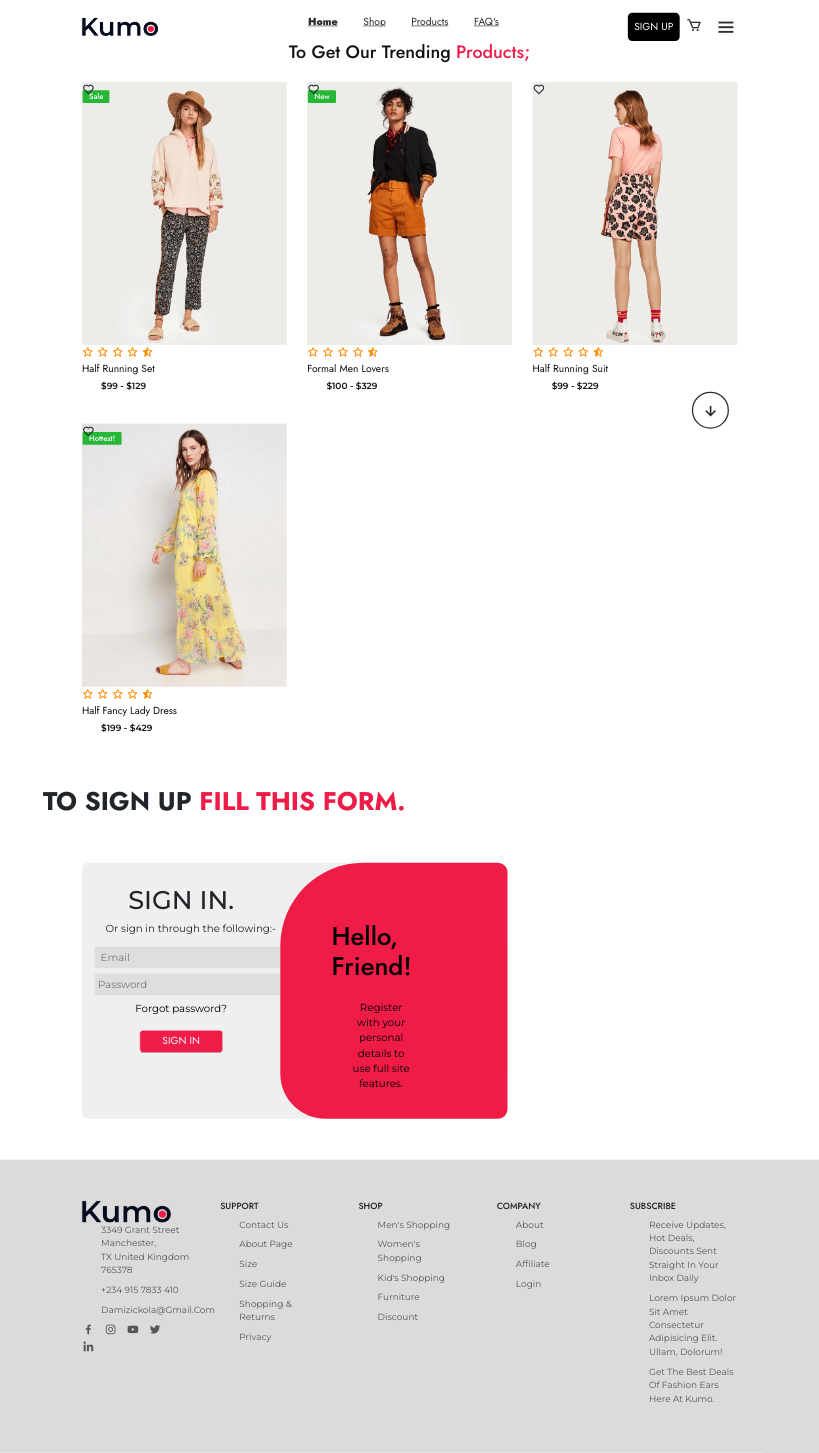
Repository: isaacCodes1/Kumo-Website.
Page: form.html
These files come from the project's save history. The page is drawn as it stood at one moment and after a run of saves; the edit follows.
The browser window is 1280 px wide. The pictures show the whole page, at 64% of full size.

Above is the page before, as saved 2024-03-26 11:41:48.

### form.html
<!DOCTYPE html>
<html lang="en">
  <head>
    <meta charset="UTF-8" />
    <meta name="viewport" content="width=device-width, initial-scale=1.0" />
    <link rel="stylesheet" href="style.css" />
    <link rel="stylesheet" href="Mediaquery.css" />
    <link rel="preconnect" href="https://fonts.googleapis.com" />
    <link rel="preconnect" href="https://fonts.gstatic.com" crossorigin />
    <link
      href="https://fonts.googleapis.com/css2?family=Bricolage+Grotesque:opsz,wght@12..96,200..800&family=Jost:ital,wght@0,100..900;1,100..900&family=Montserrat:ital,wght@0,100..900;1,100..900&family=Poppins:ital,wght@0,100;0,200;0,300;0,400;0,500;0,600;0,700;0,800;0,900;1,100;1,200;1,300;1,400;1,500;1,600;1,700;1,800;1,900&display=swap"
      rel="stylesheet"
    />
    <link
      rel="stylesheet"
      href="https://cdnjs.cloudflare.com/ajax/libs/font-awesome/6.5.1/css/all.min.css"
      integrity="sha512-DTOQO9RWCH3ppGqcWaEA1BIZOC6xxalwEsw9c2QQeAIftl+Vegovlnee1c9QX4TctnWMn13TZye+giMm8e2LwA=="
      crossorigin="anonymous"
      referrerpolicy="no-referrer"
    />
    <link
      rel="stylesheet"
      href="https://unpkg.com/boxicons@latest/css/boxicons.min.css"
    />
    <link
      href="https://cdn.jsdelivr.net/npm/bootstrap@5.2.3/dist/css/bootstrap.min.css"
      rel="stylesheet"
      integrity="sha384-rbsA2VBKQhggwzxH7pPCaAqO46MgnOM80zW1RWuH61DGLwZJEdK2Kadq2F9CUG65"
      crossorigin="anonymous"
    />
    <script
      src="https://cdn.jsdelivr.net/npm/bootstrap@5.2.3/dist/js/bootstrap.bundle.min.js"
      integrity="sha384-kenU1KFdBIe4zVF0s0G1M5b4hcpxyD9F7jL+jjXkk+Q2h455rYXK/7HAuoJl+0I4"
      crossorigin="anonymous"
    ></script>
    <title>Document</title>
  </head>
  <body>
    <header>
      <a href="index.html" class="logo"><img src="Assets/logo.png" alt="" /></a>
      <ul class="navmenu">
        <li><a style="font-weight: 900" href="index.html">Home</a></li>
        <li><a href="shop.html">Shop</a></li>
        <li><a href="products.html">Products</a></li>
        <li><a href="Questions.html">FAQ's</a></li>
      </ul>
      <div class="nav-icon">
        <a href="form.html" class="yes">SIGN UP</a>
        <a href="#"><i class="bx bx-cart"></i></a>
        <div class="bx bx-menu" id="menu-icon"></div>
      </div>
    </header>
    <!-- <trending-products-section-->
    <section class="trending-product" id="trending">
      <div class="center-text">
        <h2>To Get Our Trending <span>Products;</span></h2>
      </div>
      <div class="products">
        <div class="row">
          <img src="/Assets/1.jpg" alt="" />
          <div class="product-text">
            <h5>Sale</h5>
          </div>
          <div class="heart-icon">
            <i class="bx bx-heart"></i>
          </div>
          <div class="ratting">
            <i class="bx bx-star"></i>
            <i class="bx bx-star"></i>
            <i class="bx bx-star"></i>
            <i class="bx bx-star"></i>
            <i class="bx bxs-star-half"></i>
          </div>
          <div class="price">
            <h4>Half Running Set</h4>
            <p>$99 - $129</p>
          </div>
        </div>

        <div class="row">
          <img src="/Assets/2.jpg" alt="" />
          <div class="product-text">
            <h5>New</h5>
          </div>
          <div class="heart-icon">
            <i class="bx bx-heart"></i>
          </div>
          <div class="ratting">
            <i class="bx bx-star"></i>
            <i class="bx bx-star"></i>
            <i class="bx bx-star"></i>
            <i class="bx bx-star"></i>
            <i class="bx bxs-star-half"></i>
          </div>
          <div class="price">
            <h4>Formal Men Lovers</h4>
            <p>$100 - $329</p>
          </div>
        </div>
        <div class="row">
          <img src="/Assets/3.jpg" alt="" />
          <div class="heart-icon">
            <i class="bx bx-heart"></i>
          </div>
          <div class="ratting">
            <i class="bx bx-star"></i>
            <i class="bx bx-star"></i>
            <i class="bx bx-star"></i>
            <i class="bx bx-star"></i>
            <i class="bx bxs-star-half"></i>
          </div>
          <div class="price">
            <h4>Half Running Suit</h4>
            <p>$99 - $229</p>
          </div>
        </div>
        <div class="row">
          <img src="/Assets/4.jpg" alt="" />
          <div class="product-text">
            <h5>Hottest!</h5>
          </div>
          <div class="heart-icon">
            <i class="bx bx-heart"></i>
          </div>
          <div class="ratting">
            <i class="bx bx-star"></i>
            <i class="bx bx-star"></i>
            <i class="bx bx-star"></i>
            <i class="bx bx-star"></i>
            <i class="bx bxs-star-half"></i>
          </div>
          <div class="price">
            <h4>Half Fancy Lady Dress</h4>
            <p>$199 - $429</p>
          </div>
        </div>
      </div>
      <div class="down-arrow">
        <a href="#contact-info" class="down"
          ><i class="bx bx-down-arrow-alt"></i
        ></a>
      </div>
    </section>
    <h1 class="final">TO SIGN UP <span> FILL THIS FORM.</span></h1>
    <section class="section1">
      <div class="formContainer">
        <form class="form">
          <h1 class="pro3">SIGN IN.</h1>
          <p>Or sign in through the following:-</p>
          <div>
            <input class="proi" type="email" placeholder=" Email" />
          </div>
          <div>
            <input class="proh" type="password" placeholder="Password" />
          </div>
          <a class="forget" href="#">Forgot password?</a>
          <button class="sign">SIGN IN</button>
        </form>
        <div class="contentText">
          <h1 class="hello">Hello, Friend!</h1>
          <p>Register with your personal details to use full site features.</p>
          <a href="Form2.html" class="pro2">SIGN UP</a>
        </div>
      </div>
    </section>

    <!-- contact-section -->

    <section class="contact">
      <div class="contact-info" id="contact-info">
        <div class="first-info">
          <img src="/Assets/logo.png" alt="" />
          <p>3349 Grant street Manchester, <br />TX United kingdom 765378</p>
          <p>+234 915 7833 410</p>
          <a href="https://mail.google.com/mail/u/0/#inbox"
            ><p>damizickola@gmail.com</p></a
          >

          <div class="social-icon">
            <a href="https://www.facebook.com/profile.php?id=61551880766580"
              ><i class="bx bxl-facebook"></i
            ></a>
            <a href="https://instagram.com"><i class="bx bxl-instagram"></i></a>
            <a href="https://www.youtube.com/watch?v=FaNTVjATYHQ"
              ><i class="bx bxl-youtube"></i
            ></a>
            <a href="#"><i class="bx bxl-twitter"></i></a>
            <a href="#"><i class="bx bxl-linkedin"></i></a>
          </div>
        </div>
        <div class="second-info">
          <h4>Support</h4>
          <p>Contact Us</p>
          <p>About Page</p>
          <p>Size</p>
          <p>Size Guide</p>
          <p>Shopping & Returns</p>
          <p>Privacy</p>
        </div>

        <div class="third-info">
          <h4>Shop</h4>
          <p>Men's Shopping</p>
          <p>Women's Shopping</p>
          <p>Kid's Shopping</p>
          <p>Furniture</p>
          <p>Discount</p>
        </div>
        <div class="fourth-info">
          <h4>Company</h4>
          <p>About</p>
          <p>Blog</p>
          <p>Affiliate</p>
          <p>Login</p>
        </div>

        <div class="five">
          <h4>Subscribe</h4>
          <p>
            Receive Updates, Hot Deals, Discounts Sent Straight In your Inbox
            Daily
          </p>
          <p>
            Lorem ipsum dolor sit amet consectetur adipisicing elit. Ullam,
            dolorum!
          </p>
          <p>Get The Best Deals Of Fashion ears Here At Kumo.</p>
        </div>
      </div>
    </section>
  </body>
  <script
    src="https://cdn.jsdelivr.net/npm/@popperjs/core@2.11.6/dist/umd/popper.min.js"
    integrity="sha384-oBqDVmMz9ATKxIep9tiCxS/Z9fNfEXiDAYTujMAeBAsjFuCZSmKbSSUnQlmh/jp3"
    crossorigin="anonymous"
  ></script>
  <script
    src="https://cdn.jsdelivr.net/npm/bootstrap@5.2.3/dist/js/bootstrap.min.js"
    integrity="sha384-cuYeSxntonz0PPNlHhBs68uyIAVpIIOZZ5JqeqvYYIcEL727kskC66kF92t6Xl2V"
    crossorigin="anonymous"
  ></script>
  <script src="java.js"></script>
</html>

### style.css
* {
  margin: 0;
  padding: 0;
  box-sizing: border-box;
  scroll-behavior: smooth;
  font-family: "Jost", sans-serif;
  list-style-type: none;
  text-decoration: none;
}
header {
  position: fixed;
  width: 100%;
  top: 0;
  right: 0;
  z-index: 1000;
  display: flex;
  align-items: center;
  justify-content: space-between;
  padding: 20px 10%;
}
.logo img {
  max-width: 120px;
  height: auto;
}
.navmenu {
  display: flex;
}
.navmenu li :hover {
  background: #000;
}
.navmenu a {
  color: #2c2c2c;
  font-size: 16px;
  text-transform: capitalize;
  padding: 10px 20px;
  font-weight: 400;
  transition: all 0.42s ease;
}
.navmenu a:hover {
  color: #ee1c47;
}
.nav-icon {
  display: flex;
  align-items: center;
}
.nav-icon i {
  margin-right: 20px;
  color: #2c2c2c;
  font-size: 25px;
  font-weight: 400;
  transition: all 0.42s ease;
}
.nav-icon i:hover {
  transform: scale(1.05);
  color: #ee1c47;
}
#menu-icon {
  font-size: 35px;
  color: #2c2c2c;
  z-index: 10001;
  cursor: pointer;
}
section {
  padding: 5% 10%;
}
.main-home {
  width: 100%;
  height: 100vh;
  background-image: url(Assets/banner-3.png);
  background-position: center;
  background-size: cover;
  display: grid;
  grid-template-columns: repeat(1, 1fr);
  align-items: center;
}
.main-text h5 {
  color: #ee1c47;
  font-size: 16px;

  text-transform: capitalize;
  font-weight: 500;
}
.main-text h1 {
  color: #000;
  font-size: 65px;
  text-transform: capitalize;
  line-height: 1.1;
  font-weight: 600;
  margin: 6px 0 10px;
}
.main-text p {
  color: #333c56;
  font-size: 20px;
  font-style: italic;
  margin-bottom: 20px;
}
.main-btn {
  display: inline-block;
  color: #111;
  font-size: 16px;
  font-weight: 500;
  text-transform: capitalize;
  border: 2px solid#111;
  padding: 12px 25px;
  transition: all 0.42s ease;
}
.main-btn:hover {
  background: #000;
  color: #fff;
}
.main-btn i {
  vertical-align: middle;
}
.down-arrow {
  position: absolute;
  top: 85%;
  right: 11%;
}
.down i {
  font-size: 30px;
  color: #2c2c2c;
  border: 2px solid #2c2c2c;
  border-radius: 50px;
  padding: 12px 12px;
}
.down i:hover {
  background: #2c2c2c;
  color: #fff;
  transition: all 0.42s ease;
}
header.sticky {
  background: #fff;
  padding: 20px 10%;
  box-shadow: 0px 0px 10px rgb(0 0 0 /10%);
}
/* trending-section-css */
.center-text h2 {
  color: #111;
  font-size: 28px;
  text-transform: capitalize;
  text-align: center;
  margin-bottom: 30px;
}
.center-text span {
  color: #ee1c47;
}
.products {
  display: grid;
  grid-template-columns: repeat(auto-fit, minmax(260px, auto));
  gap: 2rem;
}
.row {
  position: relative;
  transition: all 0.4s;
}
.row img {
  width: 100%;
  height: auto;
  transition: all 0.4s;
}
.row img:hover {
  transform: scale(0.9);
}
.product-text h5 {
  position: absolute;
  top: 13px;
  left: 13px;
  color: #fff;
  font-size: 12px;
  font-weight: 500;
  text-transform: capitalize;
  background: #27b737;
  padding: 3px 10px;
  border-radius: 2px;
}
.heart-icon {
  position: absolute;
  right: 0;
  font-size: 20px;
}
.heart-icon:hover {
  color: #ee1c47;
}
.ratting {
  color: #ff8c00;
  font-size: 18px;
}

.price h4 {
  color: #111;
  font-size: 16px;
  text-transform: capitalize;
  font-weight: 400;
}
.price p {
  color: #151515;
  font-size: 14px;
  font-weight: 600;
}
.client-reviews {
  background: #f3f4f6;
}
.reviews {
  text-align: center;
}
.reviews h3 {
  color: #111;
  font-size: 25px;
  text-transform: capitalize;
  text-align: center;
  font-weight: 700;
}
.reviews img {
  width: 100px;
  height: auto;
  border-radius: 80px;
  margin: 10px 0;
}
.reviews p {
  color: #707070;
  font-size: 16px;
  font-weight: 400;
  line-height: 25px;
  margin-bottom: 10px;
}
.reviews h2 {
  font-size: 22px;
  color: #000;
  font-weight: 400;
  text-transform: capitalize;
  margin-bottom: 2px;
}
/* update-section-css */
.up-center-text h2 {
  text-align: center;
  color: #111;
  font-size: 25px;
  text-transform: capitalize;
  font-weight: 700;
  margin-bottom: 30px;
}
.cart img {
  width: 350px;
  height: auto;
  border-radius: 5px;
}
.update-cart {
  display: grid;
  grid-template-columns: repeat(auto-fit, minmax(380px, auto));
  gap: 1px;
}
.cart h5 {
  color: #636872;
  font-size: 14px;
  text-transform: capitalize;
  font-weight: 500;
}
.cart h4 {
  color: #111;
  font-size: 18px;
  font-weight: 600;
}
.cart p {
  color: #707070;
  font-size: 15px;
  max-width: 380px;
  line-height: 25px;
  margin-bottom: 12px;
}
.cart h6 {
  color: #151515;
  font-size: 14px;
  font-weight: 500;
}
/* contact-section */
.contact {
  background: #dbdbdb;
}
.contact-info {
  display: grid;
  grid-template-columns: repeat(auto-fit, minmax(160px, auto));
  gap: 3rem;
}
.first-info img {
  width: 140px;
  height: auto;
}
.contact-info h4 {
  color: #212529;
  font-size: 14px;
  text-transform: uppercase;
  margin-bottom: 10px;
}
.contact-info p {
  color: #565656;
  font-size: 14px;
  font-weight: 400;
  text-transform: capitalize;
  line-height: 1.5;
  margin-bottom: 10px;
  cursor: pointer;
  transition: all 0.42s;
}
.contact-info p:hover {
  color: #ee1c47;
}
.social-icon i {
  color: #565656;
  margin-right: 10px;
  font-size: 20px;
  transition: all 0.42s;
}
.social-icon i:hover {
  transform: scale(1.3);
}
.end-text {
  text-align: center;
  background: #edfff1;
  padding: 20px;
}
.end-text p {
  color: #111;
  text-transform: capitalize;
}

.location {
  width: 80%;
  margin: auto;
  padding: 80px 0;
}
.location iframe {
  width: 100%;
}
.center-text1 h2 {
  font-size: 30px;
}
.center-text1 span {
  color: #ee1c47;
}
.button3 {
  padding: 9px;
  border: 1px solid blue;
  font-size: 18px;
  border-radius: 5px;
  text-decoration: none;
  background: blue;
  color: #fff;
  transition: all 0.42s ease;
}
.button3:hover {
  color: #000;
  background: #fff;
}
.final {
  margin-left: 67px;
  font-weight: 700;
}
.final span {
  color: #ee1c47;
}
.up-arrow {
  border: 2px solid#000;
  width: 60px;
  border-radius: 50px;
  text-align: center;
  font-size: 30px;
}
.up-arrow i {
  color: #000;
}
.up-arrow :hover {
  background: #000;
  color: #fff;
}

.alert {
  background: blue;
  color: #fff;
  margin-top: 200px;
  font-size: 20px;
  margin-bottom: 150px;
}
.first-info a {
  text-decoration: none;
}
.up-center-text span {
  color: #ee1c47;
}
html,
body {
  position: relative;
  height: 100%;
}
body {
  background: #eee;
  font-family: Helvetica Neue, Helvetica, Arial, sans-serif;
  font-size: 14px;
  color: #000;
  margin: 0;
  padding: 0;
}

swiper-container {
  width: 100%;
  height: 100%;
}

swiper-slide {
  text-align: center;
  font-size: 18px;
  background: #000;
  display: flex;
  justify-content: center;
  align-items: center;
}

swiper-slide img {
  display: block;
  width: 100%;
  height: 100%;
  object-fit: cover;
}
.reviews {
  font-size: 25px;
  font-weight: 900;
}
.reviews span {
  color: #ee1c47;
}
.accordion {
  margin-top: 40px;
  margin-bottom: 10px;
}
.male {
  padding-top: 200px;
}
.male span {
  color: #ee1c47;
}
.yes {
  margin-right: 10px;
  padding: 10px;
  background: #000;
  color: #fff;
  border: 1px;
  transition: 1s ease-in-out;
  border-radius: 7px;
  text-decoration: none;
}
.yes:hover {
  color: #000;
  background: #dbdbdb;
}
.formContainer {
  display: flex;
  width: 50%;
  border: 0px solid;
  border-radius: 10px;
  background-color: rgba(232, 231, 231, 0.644);
  height: 400px;
  padding-right: 200px;
}
.form {
  display: flex;
  flex-direction: column;
  align-items: center;
  flex: 0.5;
}
.contentText {
  display: flex;
  flex-direction: column;
  align-items: center;
  flex: 1;
  gap: 20px;
  background-color: #ee1c47;
  color: #000;
  border-radius: 130px 15px 15px 70px;
  font-family: montserrat;
  padding-left: 80px;
  padding-right: 150px;
  padding-top: 90px;
}
.pro1 {
  margin-right: 32px;
  font-family: montserrat;
}
p {
  font-family: montserrat;
  margin-bottom: 15px;
  margin-left: 30px;

  display: flex;
  flex-direction: column;
}
.proi {
  padding: 5px;
  background-color: #dedede;
  color: black;
  border: 1px;
  font-family: montserrat;
  margin-bottom: 8px;
  width: 290px;
  margin-left: 20px;
  outline: none;
}
.proh {
  padding: 5px;
  background-color: #dedede;
  color: black;
  border: 1px;
  font-family: montserrat;
  width: 290px;
  margin-left: 20px;
  margin-bottom: 10px;
  outline: none;
}
.pro7 {
  font-family: montserrat;
}
.pro2 {
  background: transparent;
  border-width: 1.5px;
  border-radius: 8px;
  border-color: #000;
  color: #fff;
  padding: 5px 25px 5px 25px;
  transition: 1s ease-in-out;
  text-decoration: none;
}
.pro2:hover {
  transition: 0.15s;
  background-color: #000;
  color: #fff;
  cursor: pointer;
}

.pro3 {
  font-family: montserrat;
  padding-top: 35px;
}
.forget {
  text-decoration: none;
  color: black;
  font-family: montserrat;
  margin-bottom: 5px;
}
.sign {
  background-color: #ee1c47;
  border-width: 1px;
  border-radius: 5px;
  border-color: white;
  color: white;
  padding: 5px 35px 5px 35px;
  margin-top: 15px;
  transition: 1s ease-in-out;
  cursor: pointer;
}
.sign:hover {
  color: #fff;
  background-color: #000;
}
.contentText .hello {
  font-size: 40px;
  display: flex;
  align-items: center;
  justify-content: center;
  flex-direction: column;
}
.contentText p {
  text-align: center;
}

### Mediaquery.css
@media (890px) {
  header {
    padding: 20px 3%;
    transition: 0.4s;
  }
  .center-text h2 {
    font-size: 12px;
  }
}
@media (max-width: 630px) {
  .main-text h1 {
    font-size: 50px;
    transition: 0.4s;
  }
  .main-text p {
    font-size: 18px;
    transition: 0.4s;
  }
  .main-btn {
    padding: 10px 20px;
    transition: 0.4s;
  }
  .center-text h2 {
    font-size: 12px;
  }
}
@media (max-width: 750px) {
  .navmenu {
    position: absolute;
    top: 100%;
    right: -100%;
    width: 300px;
    height: 130vh;
    background: #edfff1;
    display: flex;
    flex-direction: column;
    align-items: center;
    padding: 120px 30px;
    transition: all 0.42s;
  }
  .navmenu a {
    display: block;
    margin: 18px 0;
  }
  .navmenu.open {
    right: 0;
  }
  .center-text h2 {
    font-size: 12px;
  }
}
@media (max-width: 700px) {
  .center-text h2 {
    font-size: 0;
  }
  .header {
    margin-bottom: 20px;
    color: #000;
  }
  .cart {
    align-items: center;
    display: flex;
    flex-direction: column;
  }
  .cart img {
    width: 270px;
    margin-right: 80px;
  }
  .cart p {
    font-size: 10px;
    margin-right: 80px;
  }
  .cart h4 {
    font-size: 12px;
    margin-right: 80px;
  }
  .cart h6 {
    font-size: 10px;
    margin-right: 80px;
  }
  .contact-info {
    display: flex;
    flex-direction: column;
    align-items: center;
  }
  .center-text1 h2 {
    font-size: 25px;
  }
  .navmenu {
    padding-bottom: 30px;
  }
}

### java.js
const header = document.querySelector("header");

window.addEventListener("scroll", function () {
  header.classList.toggle("sticky", window.scrollY > 0);
});

let menu = document.querySelector("#menu-icon");
let navmenu = document.querySelector(".navmenu");

menu.onclick = () => {
  menu.classList.toggle("bx-x");
  navmenu.classList.toggle("open");
};

After the next 4 saves:
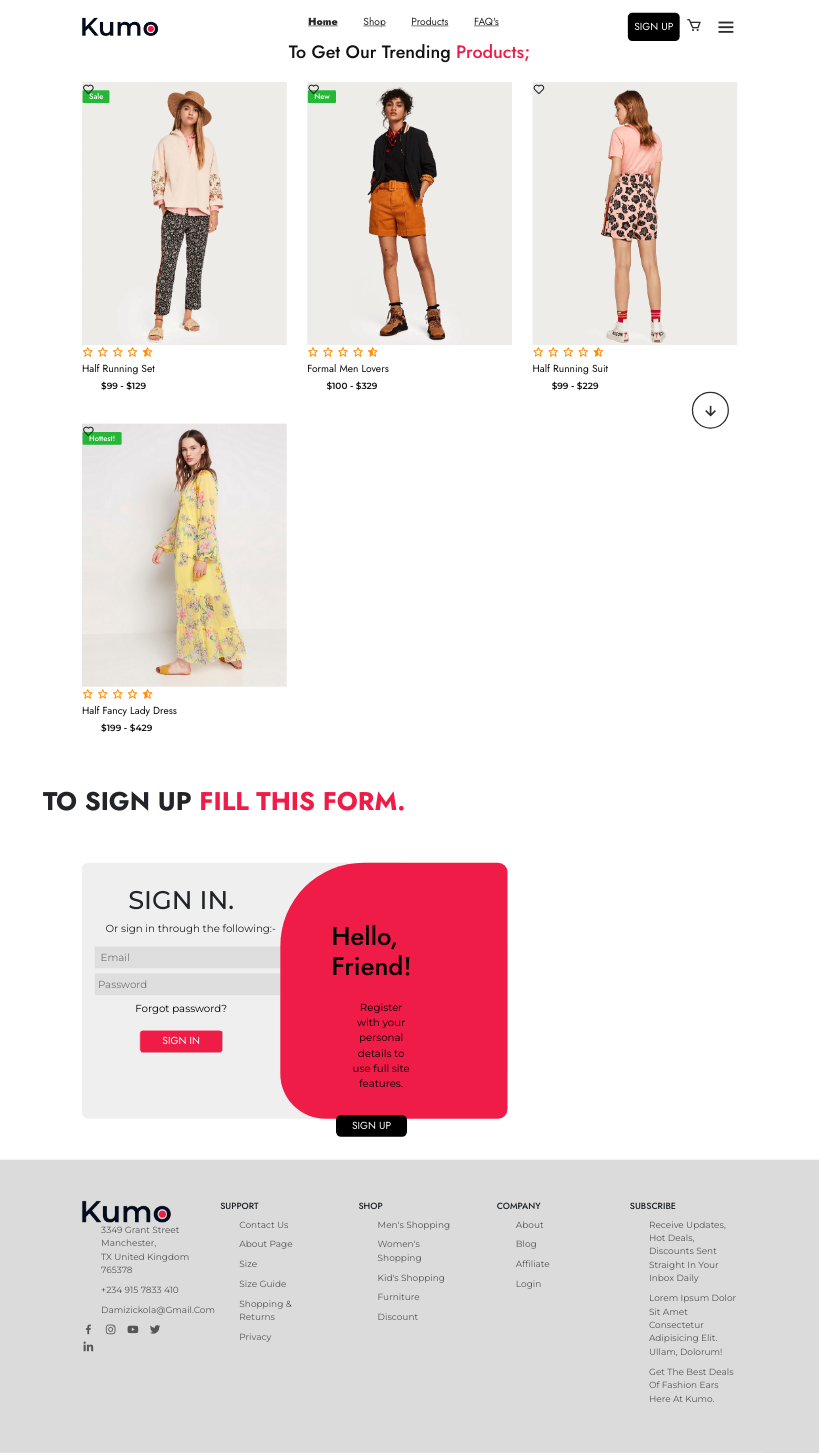
The 4 saves are shown as one change because they came seconds apart.
The last was saved 2 min 48 s later.
--- a/style.css
+++ b/style.css
@@ -518,7 +518,7 @@ p {
   font-family: montserrat;
 }
 .pro2 {
-  background: transparent;
+  background: #000;
   border-width: 1.5px;
   border-radius: 8px;
   border-color: #000;
